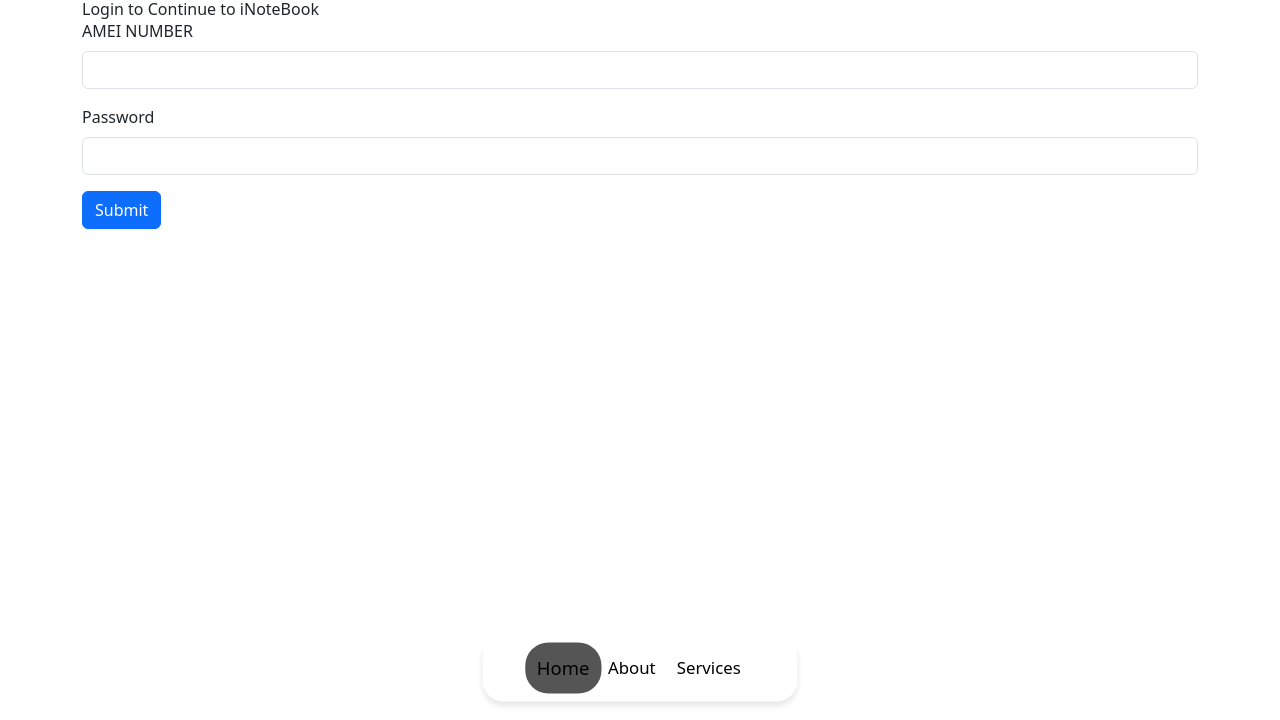
Repository: shash0708/GMR-Lines
Page: /login (app in frontend/)
An editor plug-in stored every save of this project. The page is shown before and after a run of saves, followed by the edit.
The browser window is 1280 px wide. The pictures show the whole page.
The pointer rests on the first visible `.navbar-items a`.
The page's requests for data from a server got no answer. The project was rebuilt for these pictures with package versions that can differ from the ones it lists, and the page was loaded fresh each time. No one was signed in, and anything a server would have sent is missing. Also part of the build but not shown: frontend/src/components/Buttons/Buttons.component.jsx, frontend/src/components/Home/Home.component.jsx, frontend/src/components/Form/Form.css, frontend/src/components/speedDail/SpeedDail.component.jsx, frontend/src/components/Form/Form.component.jsx, frontend/src/components/Card/Card.jsx, frontend/src/components/Card/Card.css, frontend/src/components/Card/Card.component.jsx and 4 more.

Above is the page before, as saved 2024-09-08 23:19:52.

After the next 2 saves:
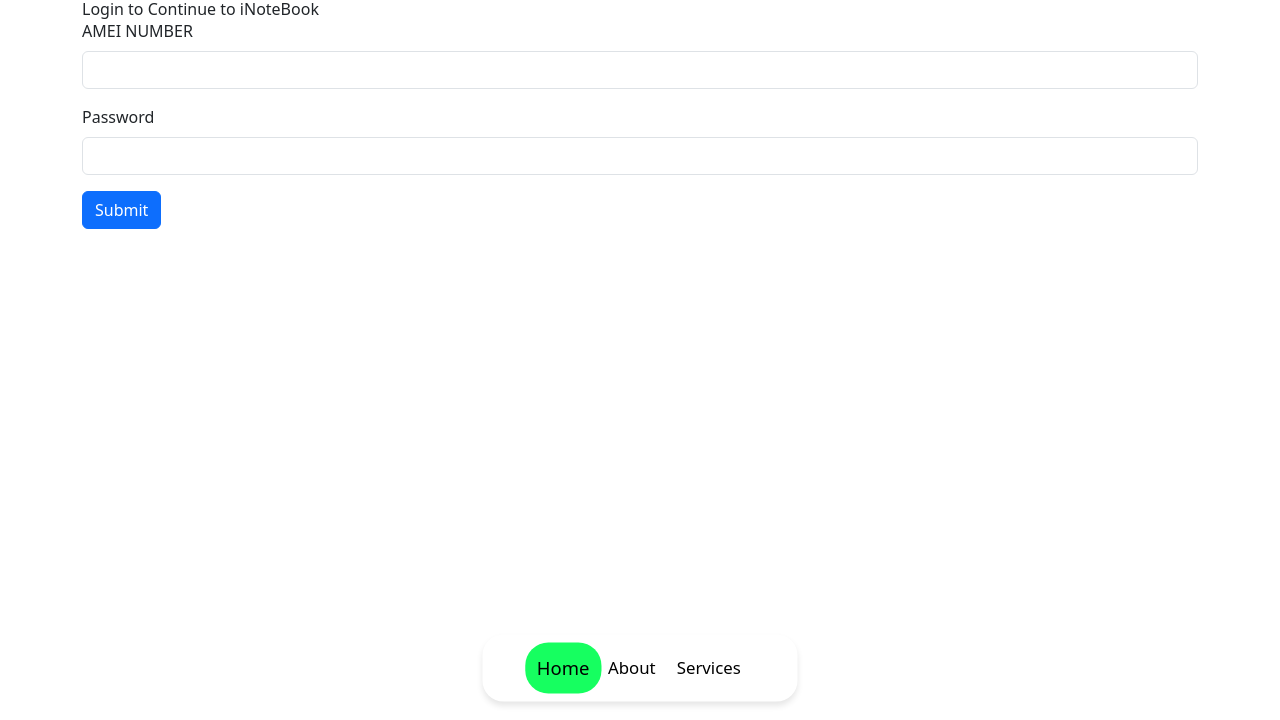
The 2 saves are shown as one change because they came seconds apart.
The last was saved 21 s later.
--- a/frontend/src/components/Header/Navbar.css
+++ b/frontend/src/components/Header/Navbar.css
@@ -46,7 +46,7 @@
   }
 
   .navbar-items a:hover {
-    background-color: #555;
+    background-color: #16ff60;
     border-radius: 20px;
     transform: scale(1.1); /* Zoom in on hover */
   }
